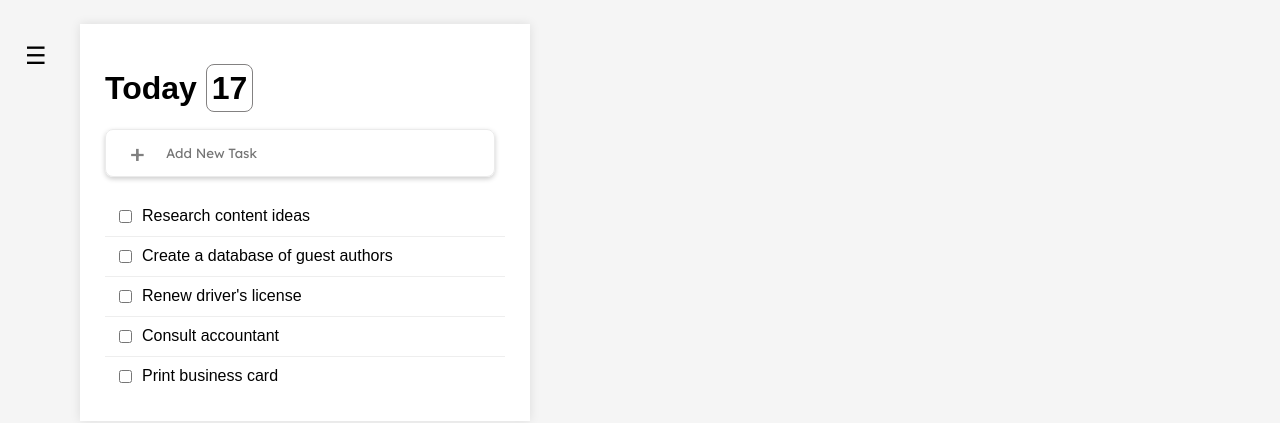
Repository: WeyehnR/Todo-App-e8719e15efb8a3743d14c47aa9ae2115442426d2
Page: Client/index.html
The author's editor kept a copy of each file at every save. The page is drawn from the files as they stood at one save, then again after the next save.
The browser window is 1280 px wide. The pictures show the whole page.

Above is the page before, as saved 2023-11-17 15:22:37.

### Client/index.html
<!DOCTYPE html>
<html lang="en">
<head>
    <meta charset="UTF-8">
    <meta name="viewport" content="width=device-width, initial-scale=1.0">
    <title>Todo List Application</title>
    <link href="https://fonts.googleapis.com/css2?family=Lexend+Deca&display=swap" rel="stylesheet">
    <link rel="stylesheet" href="styles.css">
</head>
<body>
    <div class="menu-container">
        <div class="hamburger" id="ham-menu-toggle">&#9776;</div>
        <div class="menu-card" id="menu-card">
            <!-- Content of the expanded gray card goes here -->
        </div>
    </div>
    <div class="todo-container">
        <div class="date-header">
          <h1>Today <span id="dayOfMonth"></span></h1>
        </div>
        <div class="add-task">
            <input type="text" placeholder="Add New Task" id="new-task-input">
            <button id="add-task-btn">+</button>
        </div>
        <ul class="todo-list">
            <li><input type="checkbox" id="task-1"><label for="task-1">Research content ideas</label></li>
            <li><input type="checkbox" id="task-2"><label for="task-2">Create a database of guest authors</label></li>
            <li><input type="checkbox" id="task-3"><label for="task-3">Renew driver's license</label></li>
            <li><input type="checkbox" id="task-4"><label for="task-4">Consult accountant</label></li>
            <li><input type="checkbox" id="task-5"><label for="task-5">Print business card</label></li>
        </ul>
    </div>
    <div class="menu-card" id="menu-card">
        <!-- Content of the expanded gray card goes here -->
    </div>
    <script src="main.js"></script>
</body>
</html>

### Client/styles.css

body {
    font-family: 'Arial', sans-serif;
    background-color: whitesmoke;
    margin: 0;
    padding: 20px;
}

.todo-container {
    background-color: #fff;
    top: 24px;
    position: absolute;
    max-width: 400px;
    margin-left: 60px;
    padding: 25px;
    box-shadow: 0 0 10px rgba(0, 0, 0, 0.1);
}

#dayOfMonth {
    border: 1px solid #838181;
    border-radius: 8px;
    padding: 5px;
}

.header {
    display: flex;
    align-items: center;
}
/* Style for the hamburger icon */
.hamburger {
    position:absolute;
    font-size: 24px; /* Adjust the size as needed */
    top: 40px; /* Adjust the top position for the icon */
    left: 25px; /* Adjust the left position for the icon */
    cursor: pointer;
    font-family: 'Lexend Deca';
    z-index: 2;
}

.hamburger.expanded {
    top: 40px; /* Align with the top of the expanded menu card */
    left: 280px; /* Align with the left of the expanded menu card */
}


.menu-container{
    display: flex;
}

/* Style for the gray menu card */
.menu-card {
    width: 0; /* Initially hidden */
    height: 100%;
    overflow: hidden;
    transition: width 0.3s ease; /* Add a transition for smooth expansion */
    z-index: 1; /* Ensure the menu card is above other content */
}

/* Style for the content within the menu card */
.menu-card-content {
    padding: 20px;
    /* Add additional styling as needed for the expanded card content */
}

/* Adjust the width when the menu card is expanded */
.menu-card.expanded {
    width: 300px; /* Adjust the width as desired */
    background-color: darkgray; /* Adjust the text color as desired */
    top: 24px;
    left: 24px;
    height: 852px;
    border-radius: 16px;
}

.todo-container{
    flex-grow: 1;
    transition: margin-left 0.3s ease; /* Add a transition for smooth shifting */
}

/* Shift the todo-container when the menu card is expanded */
.todo-container.expanded {
    margin-left: 320px; /* Match the width of the menu card */
}

.header h1 {
    margin: 0;
    font-size: 24px;
}

.header span {
    color: #888;
}

.add-task input {
    width: 100%;
    padding: 10px;
    margin-bottom: 20px;
    border: 1px solid #ddd;
    box-sizing: border-box;
}

.todo-list {
    list-style: none;
    padding: 0;
    margin: 0;
}

.todo-list li {
    padding: 10px;
    border-bottom: 1px solid #eee;
    display: flex;
    align-items: center;
}

.todo-list li:last-child {
    border-bottom: none;
}

input[type="checkbox"] {
    margin-right: 10px;
}

/* You can add more styles for checked tasks or interactive states */

/* ... other styles ... */

.add-task {
    display: flex;
    align-items: center;
    position: relative; /* Add this line */
}

.add-task input[type="text"] {
    top: 120px;
    left: 378px;
    width: 1038px;
    height: 48px;
    background-color: rgba(250,250,250,0);
    border-radius: 8px;
    border: 1px solid #ebebeb;
    box-sizing: border-box;
    flex-grow: 1;
    padding: 10px;
    padding-left: 60px; /* Add space for the button */
    margin-right: 10px;
    box-shadow: 0 2px 5px rgba(0, 0, 0, 0.2);
    font-family: 'Lexend Deca';
}


.add-task button {
    position: absolute; /* Add this line */
    left: 10px; /* Adjust as needed */
    top: 35%;
    transform: translateY(-50%); /* This centers the button vertically */
    display: flex;
    justify-content: center;
    align-items: center;
    padding: 1px 15px;
    border: none;
    border-radius: 50%; /* This creates the round shape for the button */
    background-color: rgb(255, 255, 255); /* Replace with the desired button color */
    color: gray;
    font-size: 25px;
    cursor: pointer;
    font-family: 'Lexend Deca';
}

/* ... rest of the styles ... */

/* Styles to ensure the input and button are aligned properly */
.add-task input[type="text"], .add-task button {

    line-height: 40px; /* Adjust line height to vertically center the text */
}

/* Adding some interactivity to the button */
.add-task button:hover {
    background-color: rgb(185, 181, 181); /* Darker shade when hovering */
}

/* ... additional styles and responsive adjustments ... */

### Client/main.js
const getElementById = (element) => document.getElementById(element);
const querySelector = (element) => document.querySelector(element);
document.addEventListener("DOMContentLoaded", function () {
    // Your JavaScript code here
    const currentDate = new Date();
    const dayOfMonth = currentDate.getDate();
    const dayOfMonthElement = getElementById("dayOfMonth");
    dayOfMonthElement.textContent = dayOfMonth;
});

// Get references to the hamburger icon, menu card, and todo-container
const hamburger = document.getElementById("ham-menu-toggle");
const menuCard = document.getElementById("menu-card");
const todoContainer = document.querySelector(".todo-container");

// Add a click event listener to toggle the menu card's expanded state
hamburger.addEventListener("click", () => {
  menuCard.classList.toggle("expanded");
  todoContainer.classList.toggle("expanded");
  hamburger.classList.toggle("expanded");
});

After the next save:
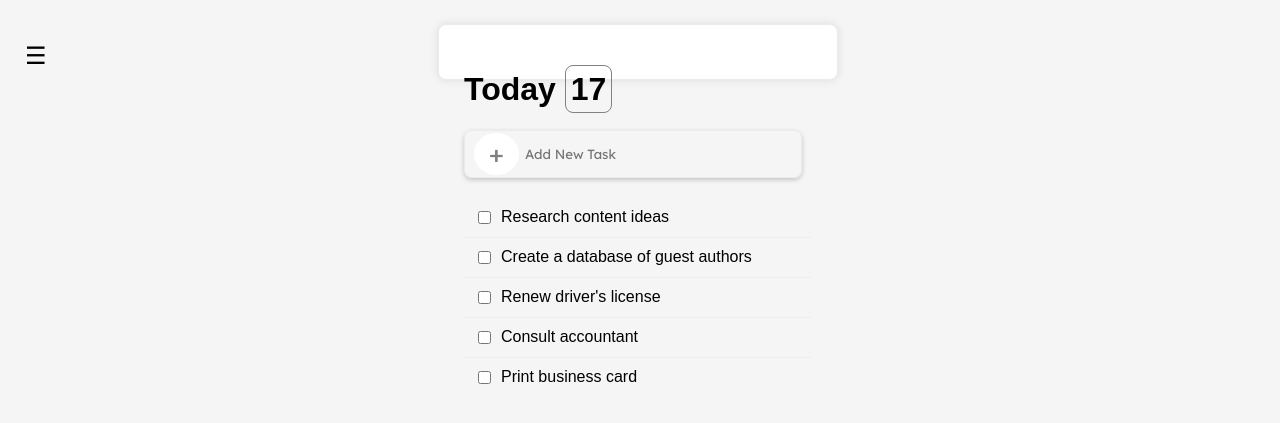
Saved 2 min 56 s later.
--- a/Client/styles.css
+++ b/Client/styles.css
@@ -7,6 +7,14 @@ body {
 }
 
 .todo-container {
+    top: 120px;
+  left: 378px;
+  width: 1038px;
+  height: 56px;
+  background-color: rgba(250,250,250,0);
+  border-radius: 8px;
+  border: 1px solid #ebebeb;
+  box-sizing: border-box;
     background-color: #fff;
     top: 24px;
     position: absolute;
